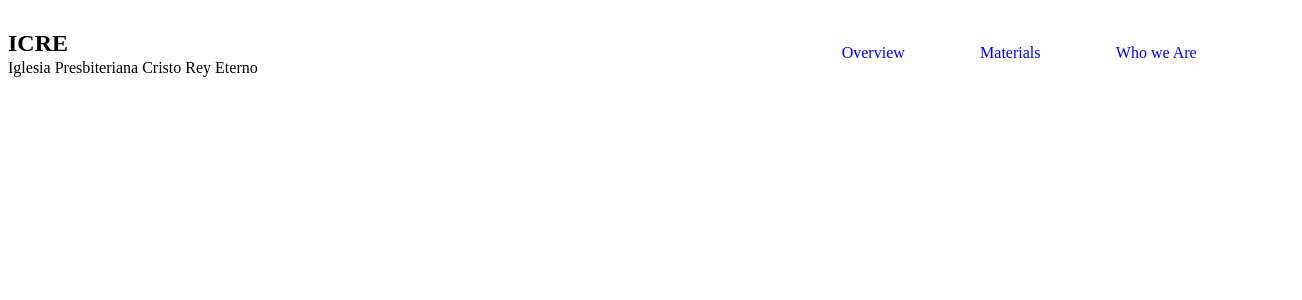
Repository: programmer686/Third-times-a-charm
Page: /About
These files come from the project's save history. The page is drawn as it stood at one moment and after the next save; the edit follows.
The browser window is 1280 px wide. The page is 1280 px wide, then 1302 px, so the pictures cover 1302 px, including what lies to the right of the window. The pictures show the whole page.
The project was rebuilt for these pictures with package versions that can differ from the ones it lists, and the page was loaded fresh each time. The framework's server and built-in components were replaced by stand-ins that run in the browser. Also part of the build but not shown: next.config.js, src/styles/globals.css.

Above is the page before, as saved 2023-04-23 15:31:18.

After the next save:
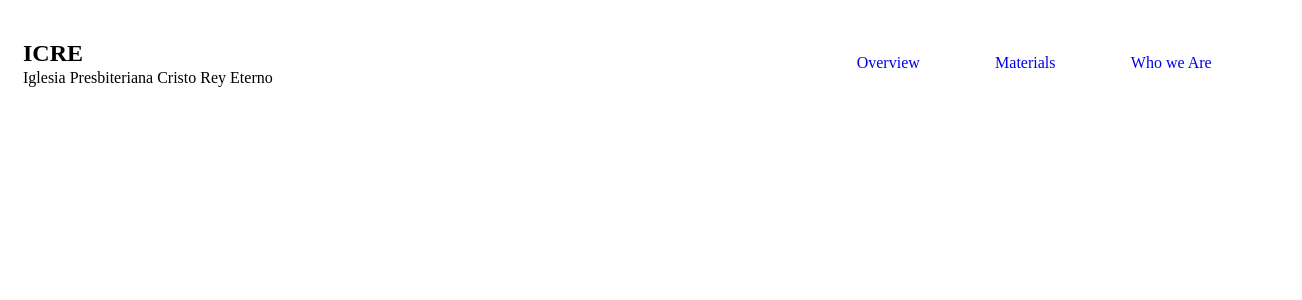
Saved 34 s later.
--- a/src/styles/Navbar.module.css
+++ b/src/styles/Navbar.module.css
@@ -1,6 +1,6 @@
 .nav_container {
     width: 100%;
-    padding: 0;
+    padding: 10px 15px;
     margin: 0;
     display: flex;
     justify-content: space-between;
